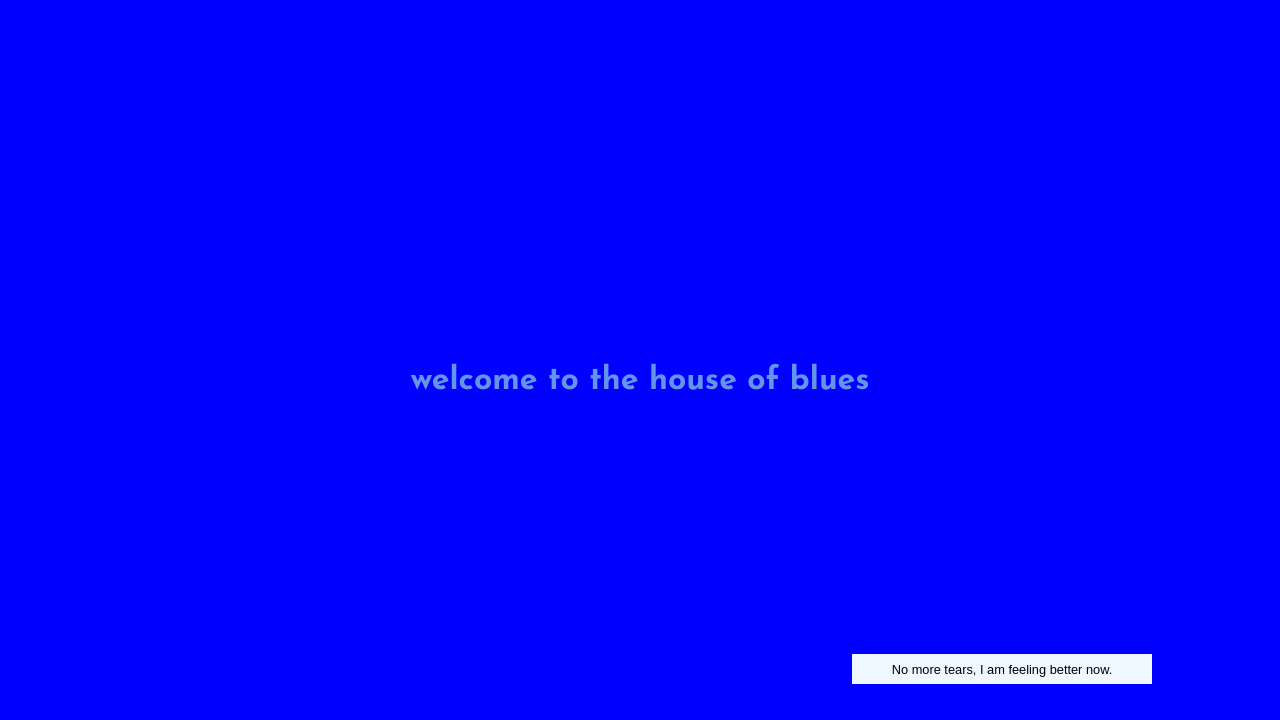
Repository: olivia-clarkeedwards/house-of-blues
Page: index.html
The author's editor kept a copy of each file at every save. The page is drawn from the files as they stood at one save, then again after the next save.
The browser window is 1280 px wide. The pictures show the whole page.

Above is the page before, as saved 2023-02-16 12:47:30.

After the next save:
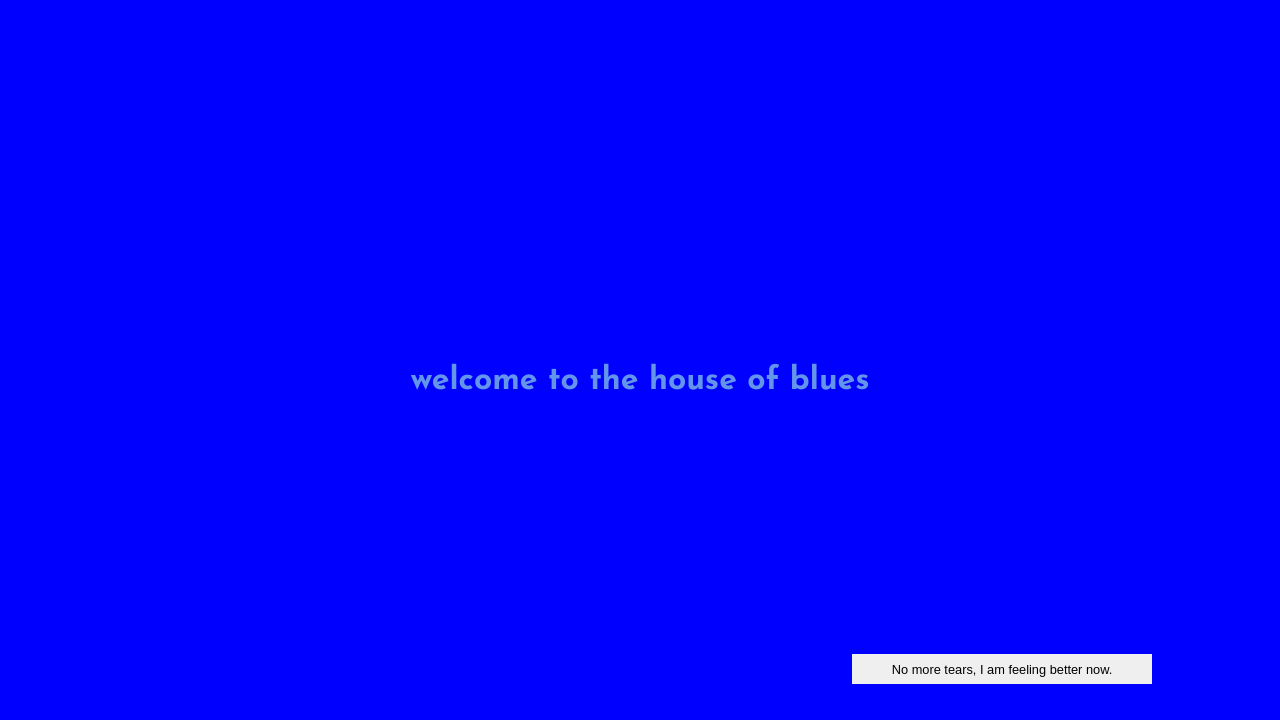
Saved 24 s later.
--- a/main.css
+++ b/main.css
@@ -31,7 +31,7 @@ button {
   bottom: 5%;
   right: 10%;
   border:none;
-  background-color: aliceblue;
+  background-color: ;
   font-size:0.8rem;
   cursor: pointer;
 }
